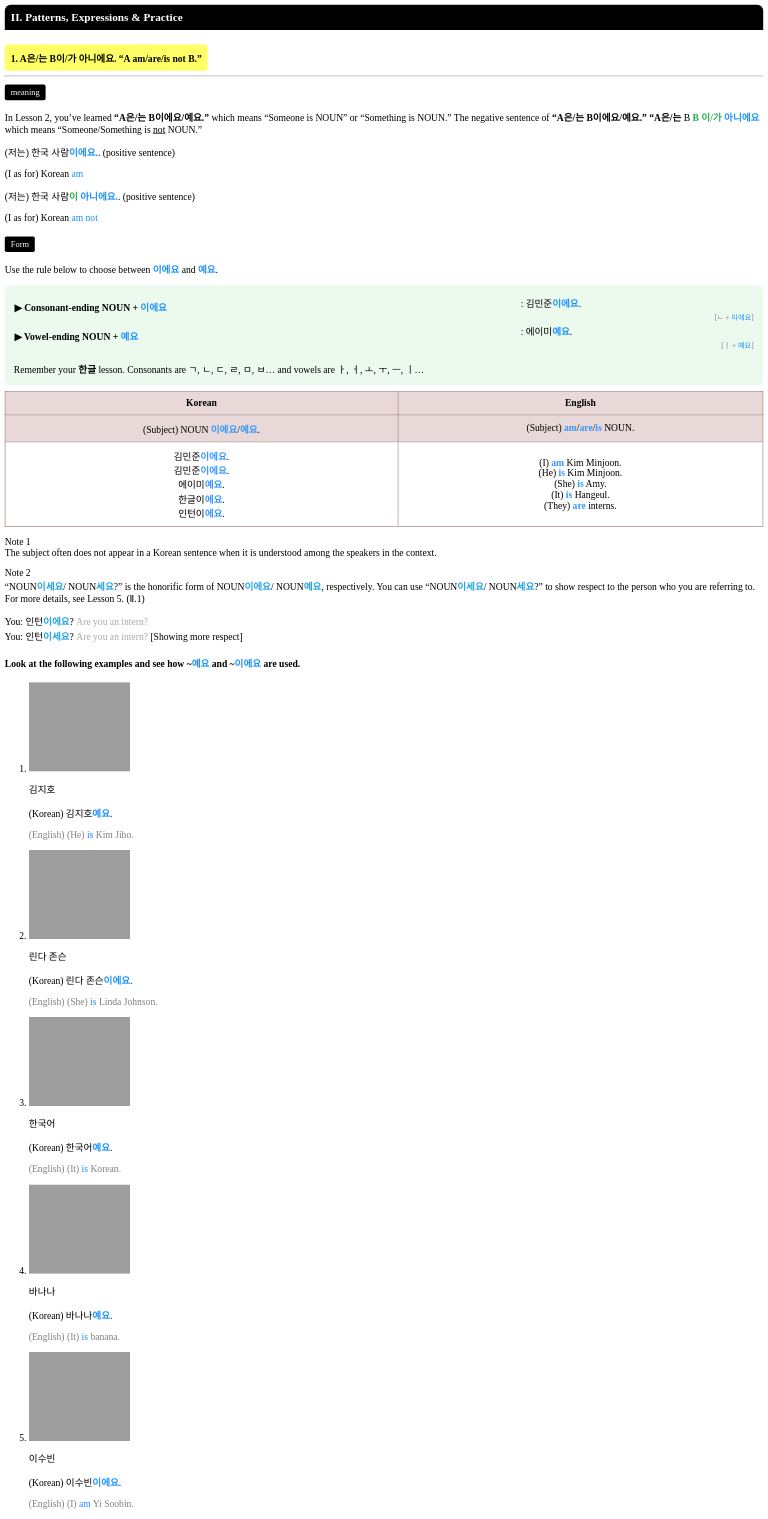
Repository: elliehong89/pineapple-content
Page: 1.anytimekorea/chap3/섹션6.html
An editor plug-in stored every save of this project. The page is shown before and after the next save, followed by the edit.
The browser window is 1280 px wide. The pictures show the whole page, at 60% of full size.
Pictures or frames that could not be fetched are drawn as grey boxes.

Above is the page before, as saved 2025-02-19 18:38:23.

After the next save:
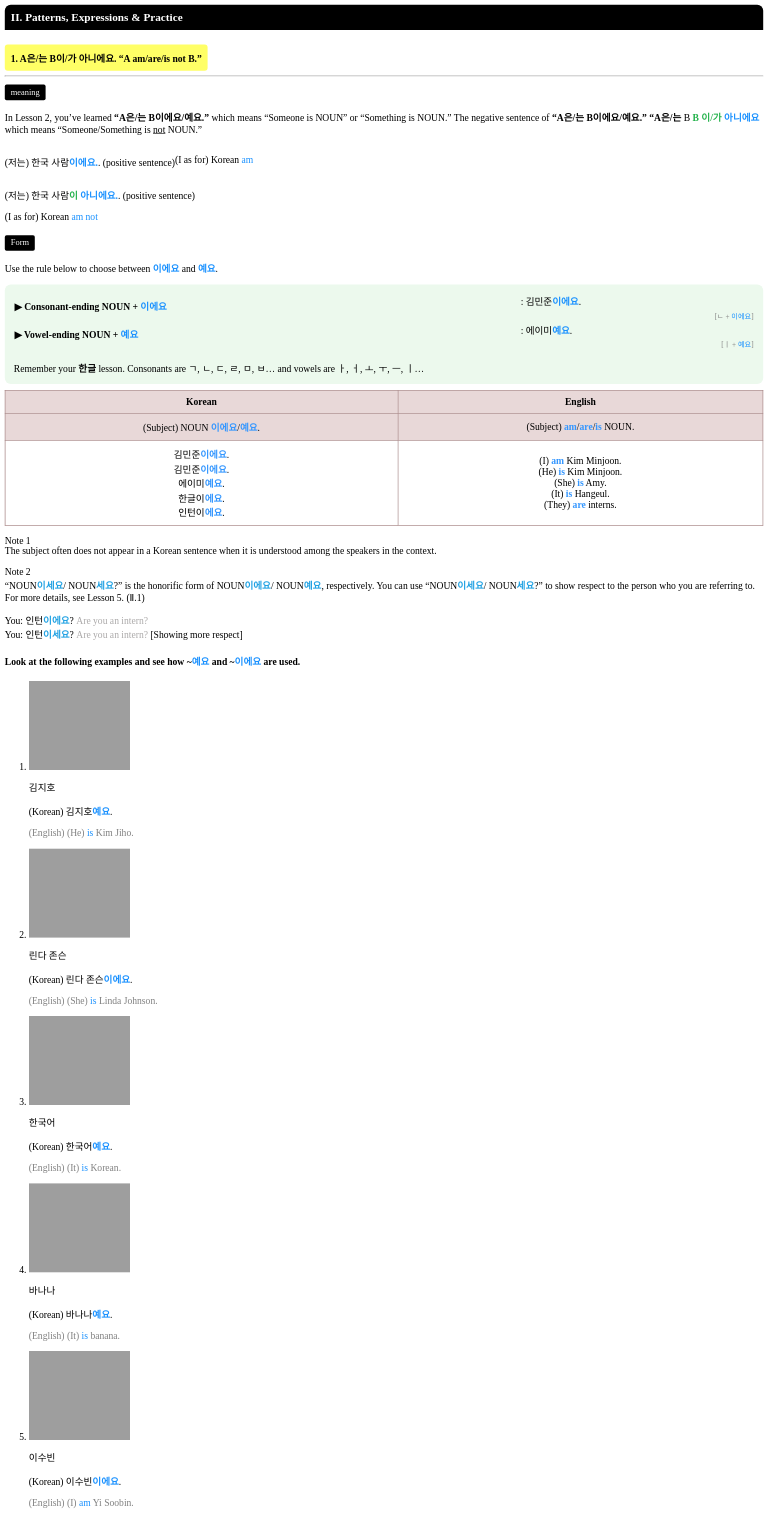
Saved 28 s later.
--- a/1.anytimekorea/chap3/섹션6.html
+++ b/1.anytimekorea/chap3/섹션6.html
@@ -18,7 +18,7 @@
     <span style="color: #1890FF; font-weight: bold;">아니에요</span>
     which means “Someone/Something is <span style="text-decoration: underline;">not</span> NOUN.”
 </p>
-<div style="margin: 0 auto;">
+<div style="display: flex;">
     <p>(저는) 한국 사람<span style="color: #1890FF; font-weight: bold;">이에요.</span>. (positive sentence)</p>
     <p>(I as for) Korean <span style="color:#1890FF;">am</span></p>
 </div>
